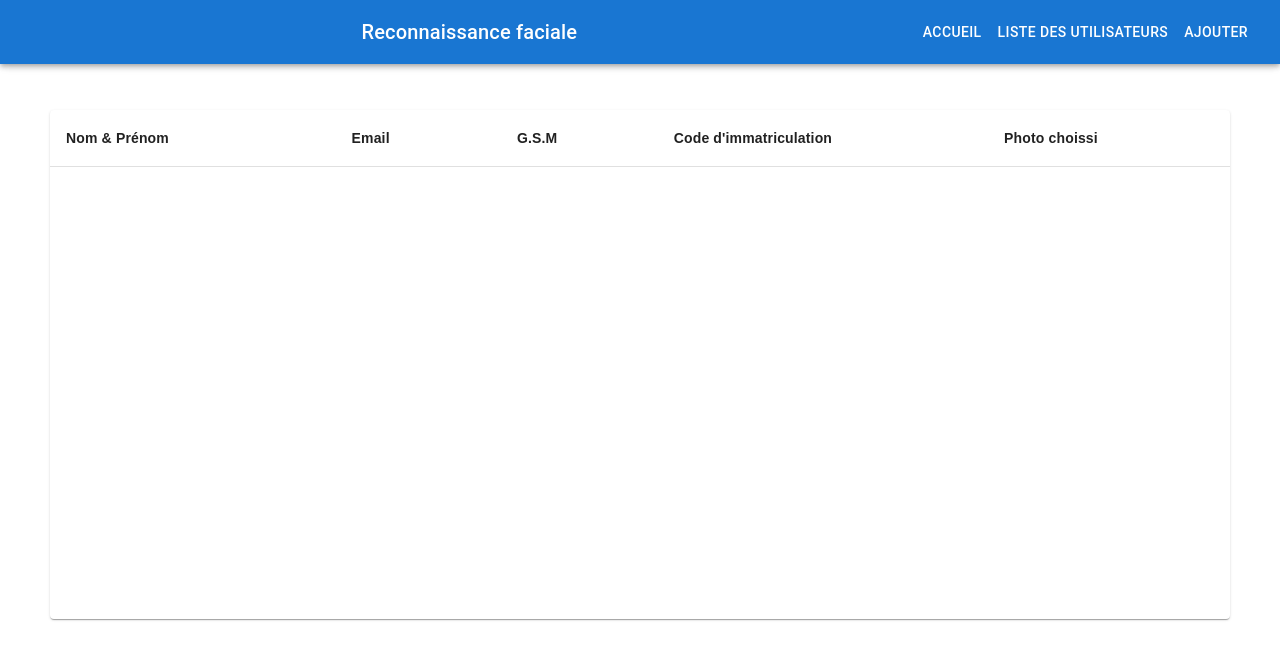
Repository: azizdeghais/Face-recognition-Platform
Page: /liste (app in front-end/)
An editor plug-in stored every save of this project. The page is shown before and after the next save, followed by the edit.
The browser window is 1280 px wide. The pictures show the whole page.
The page's requests for data from a server got no answer. The project was rebuilt for these pictures with package versions that can differ from the ones it lists, and the page was loaded fresh each time. No one was signed in, and anything a server would have sent is missing. Also part of the build but not shown: front-end/vite.config.js, front-end/src/Home/Home.css, front-end/src/Home/Home.jsx, front-end/src/Ajouter/Ajouter.jsx, front-end/src/Modification/Modification.jsx.

Above is the page before, as saved 2023-05-20 23:15:05.

### front-end/src/main.jsx
import React from 'react'
import ReactDOM from 'react-dom/client'
import App from './App.jsx'
import './index.css'
import { BrowserRouter } from "react-router-dom";

ReactDOM.createRoot(document.getElementById('root')).render(
  <BrowserRouter>
    <App />
  </BrowserRouter>
)

### front-end/src/App.jsx
import './App.css'
import { Route, Routes } from "react-router-dom";
import Home from './Home/Home';
import Ajouter from './Ajouter/Ajouter';
import Modification from './Modification/Modification';
import Navbar from './Navbar/Navbar';
import Liste from './Liste/Liste';
function App() {

  return (
    <div>
      <Navbar/>
      <Routes>
        <Route path='/' element={<Home />} />
        <Route path='/ajouter' element={<Ajouter/>} />
        <Route path='/modifier' element={<Modification />} />
        <Route path='/liste' element={<Liste />} />

      </Routes>
    </div>
  )
}

export default App

### front-end/src/Navbar/Navbar.jsx
import * as React from 'react';
import PropTypes from 'prop-types';
import AppBar from '@mui/material/AppBar';
import Box from '@mui/material/Box';
import CssBaseline from '@mui/material/CssBaseline';
import Divider from '@mui/material/Divider';
import Drawer from '@mui/material/Drawer';
import IconButton from '@mui/material/IconButton';
import List from '@mui/material/List';
import ListItem from '@mui/material/ListItem';
import ListItemButton from '@mui/material/ListItemButton';
import ListItemText from '@mui/material/ListItemText';
import MenuIcon from '@mui/icons-material/Menu';
import Toolbar from '@mui/material/Toolbar';
import Typography from '@mui/material/Typography';
import Button from '@mui/material/Button';
import {Link} from 'react-router-dom'
const drawerWidth = 240;
const navItems = ['Accueil','Liste des utilisateurs', 'Ajouter', ];



function DrawerAppBar(props) {
  const { window } = props;
  const [mobileOpen, setMobileOpen] = React.useState(false);

  const handleDrawerToggle = () => {
    setMobileOpen((prevState) => !prevState);
  };

  const drawer = (
    <Box onClick={handleDrawerToggle} sx={{ textAlign: 'center' }}>
      <Typography variant="h6" sx={{ my: 2 }}>
        Reconnaissance faciale
      </Typography>
      <Divider />
      <List>
       <ListItem disablePadding>
        <ListItemButton sx={{ textAlign:'center'}}>
            <ListItemText primary={navItems[0]}/>
        </ListItemButton>
       </ListItem>
       <ListItem disablePadding>
        <ListItemButton sx={{ textAlign:'center'}}>
            <ListItemText primary={navItems[1]}/>
        </ListItemButton>
       </ListItem>
       <ListItem disablePadding>
        <ListItemButton sx={{ textAlign:'center'}}>
            <ListItemText primary={navItems[2]}/>
        </ListItemButton>
       </ListItem>

      </List>
    </Box>
  );

  const container = window !== undefined ? () => window().document.body : undefined;

  return (
    <Box sx={{ display: 'flex' }}>
      <CssBaseline />
      <AppBar component="nav">
        <Toolbar>
          <IconButton
            color="inherit"
            aria-label="open drawer"
            edge="start"
            onClick={handleDrawerToggle}
            sx={{ mr: 2, display: { sm: 'none' } }}
          >
            <MenuIcon />
          </IconButton>
          <Typography
            variant="h6"
            component="div"
            sx={{ flexGrow: 1, display: { xs: 'none', sm: 'block' } }}
          >
            Reconnaissance faciale
          </Typography>
          <Box sx={{ display: { xs: 'none', sm: 'block' } }}>
        <Link to="/">
          <Button sx={{color:'#fff'}}>
            {navItems[0]}
          </Button>
        </Link>
        <Link to="/liste">
          <Button sx={{color:'#fff'}}>
            {navItems[1]}
          </Button>
        </Link>
        <Link to="/ajouter">
          <Button sx={{color:'#fff'}}>
            {navItems[2]}
          </Button>
        </Link>


          </Box>
        </Toolbar>
      </AppBar>
      <Box component="nav">
        <Drawer
          container={container}
          variant="temporary"
          open={mobileOpen}
          onClose={handleDrawerToggle}
          ModalProps={{
            keepMounted: true, // Better open performance on mobile.
          }}
          sx={{
            display: { xs: 'block', sm: 'none' },
            '& .MuiDrawer-paper': { boxSizing: 'border-box', width: drawerWidth },
          }}
        >
          {drawer}
        </Drawer>
      </Box>

    </Box>
  );
}

DrawerAppBar.propTypes = {
  /**
   * Injected by the documentation to work in an iframe.
   * You won't need it on your project.
   */
  window: PropTypes.func,
};

export default DrawerAppBar;

### front-end/src/Liste/Liste.jsx
import * as React from 'react';
import { useState,useEffect } from 'react';
import axios from 'axios';
import Table from '@mui/material/Table';
import TableBody from '@mui/material/TableBody';
import TableCell from '@mui/material/TableCell';
import TableContainer from '@mui/material/TableContainer';
import TableHead from '@mui/material/TableHead';
import TableRow from '@mui/material/TableRow';
import Paper from '@mui/material/Paper';
import Button from '@mui/material/Button'




export default function Ajouter() {
  const handleDelete=async(e)=>{
    await axios.delete(`http://localhost:3000/${e}`).then(()=>window.location.reload(true));
  }
  const [data,setData]=useState(null);

  useEffect(()=>{
    const fetchData=async()=>{
     await axios.get('http://localhost:3000/users').then((res)=>{setData(res.data);console.log(res)});
    }
    fetchData();
  },[])

  return (
    <TableContainer sx={{mt:1}}  component={Paper}>
      <Table  sx={{ minWidth: 1180,minHeight:509 }} aria-label="simple table">
        <TableHead>
          <TableRow>
            <TableCell><span style={{fontWeight:'bold'}}>Nom & Prénom</span></TableCell>
            <TableCell align="center"><span style={{fontWeight:'bold'}}>Email</span></TableCell>
            <TableCell align="right"><span style={{fontWeight:'bold'}}>G.S.M</span></TableCell>
            <TableCell align="center"><span style={{fontWeight:'bold'}}>Code d'immatriculation</span></TableCell>
            <TableCell align="center"><span style={{fontWeight:'bold'}}>Photo choissi</span></TableCell>
            <TableCell align="center"></TableCell>
          </TableRow>
        </TableHead>
        <TableBody>
          {data? (data.map((row) => (

            <TableRow
              key={Math.random()}
              sx={{ '&:last-child td, &:last-child th': { border: 0 } }}
            >
              <TableCell component="th" scope="row">
              <span style={{fontWeight:'bold'}}>{row.nom} {row.prenom}</span>
              </TableCell>
              <TableCell align="right">{row.email}</TableCell>
              <TableCell align="right">{row.numero}</TableCell>
              <TableCell align="center">{row.naissance}</TableCell>
              <TableCell align="right"><img width="80px" height="80px"  src={`${row.url}`} /></TableCell>
              <TableCell><Button onClick={()=>handleDelete(row._id)} value={row._id} align='right' fullWidth={true} sx={{mb:2}} variant='contained' color='error'>Supprimer</Button><br /><Button onClick={()=>handleDelete(row._id)} value={row._id} align='right' fullWidth={true} variant='contained' color='success'>Modifier</Button></TableCell>
            </TableRow>)

            )):
            (null)}
        </TableBody>
      </Table>
    </TableContainer>
  );
}

### front-end/src/Ajouter/Ajouter.css
*{
    margin:0;
    pading:0;
    box-sizing: border-box;
    font-family: 'Fira Sans',sans-serif;
}

.App{
    background-color: #313131;

}

.result{

}
.result.hasPhoto{
    left:0;
}
video {
    width: 100%;
    max-width: 100%;
    height: auto;
}

Loaded but not shown: front-end/index.html (common file); front-end/src/index.css (common file); front-end/src/App.css (common file)

After the next save:
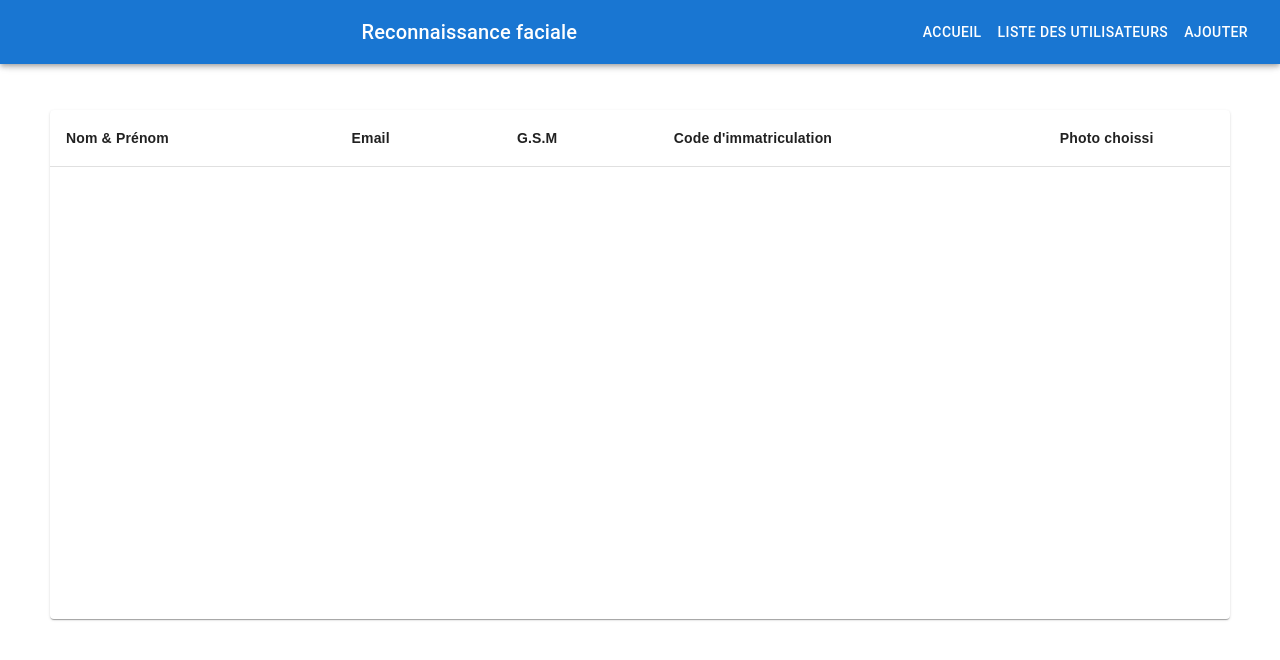
Saved 15 s later.
--- a/front-end/src/Liste/Liste.jsx
+++ b/front-end/src/Liste/Liste.jsx
@@ -35,7 +35,7 @@ export default function Ajouter() {
             <TableCell align="center"><span style={{fontWeight:'bold'}}>Email</span></TableCell>
             <TableCell align="right"><span style={{fontWeight:'bold'}}>G.S.M</span></TableCell>
             <TableCell align="center"><span style={{fontWeight:'bold'}}>Code d'immatriculation</span></TableCell>
-            <TableCell align="center"><span style={{fontWeight:'bold'}}>Photo choissi</span></TableCell>
+            <TableCell align="right"><span style={{fontWeight:'bold'}}>Photo choissi</span></TableCell>
             <TableCell align="center"></TableCell>
           </TableRow>
         </TableHead>
